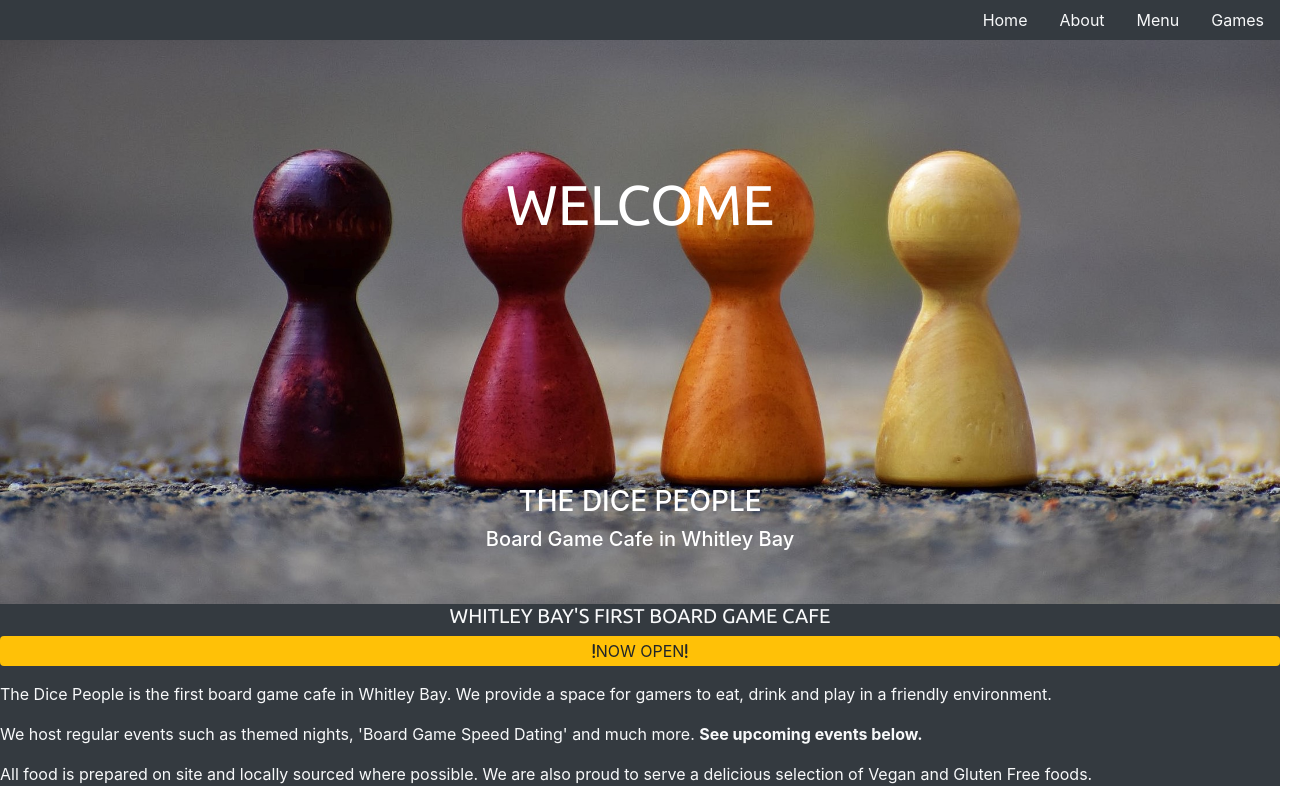
Repository: Code-Institute-Submissions/eleanorpro-milestoneproject1
Page: index.html
The author's editor kept a record of every edit. The page is drawn from the files as they stood at one moment, then again after the next edit.
The browser window is 1280 px wide. The page is 1295 px wide, so the pictures cover 1295 px, including what lies to the right of the window. The pictures show the whole page.
Some web libraries are served in a nearby version.

Above is the page before.

After the next edit:
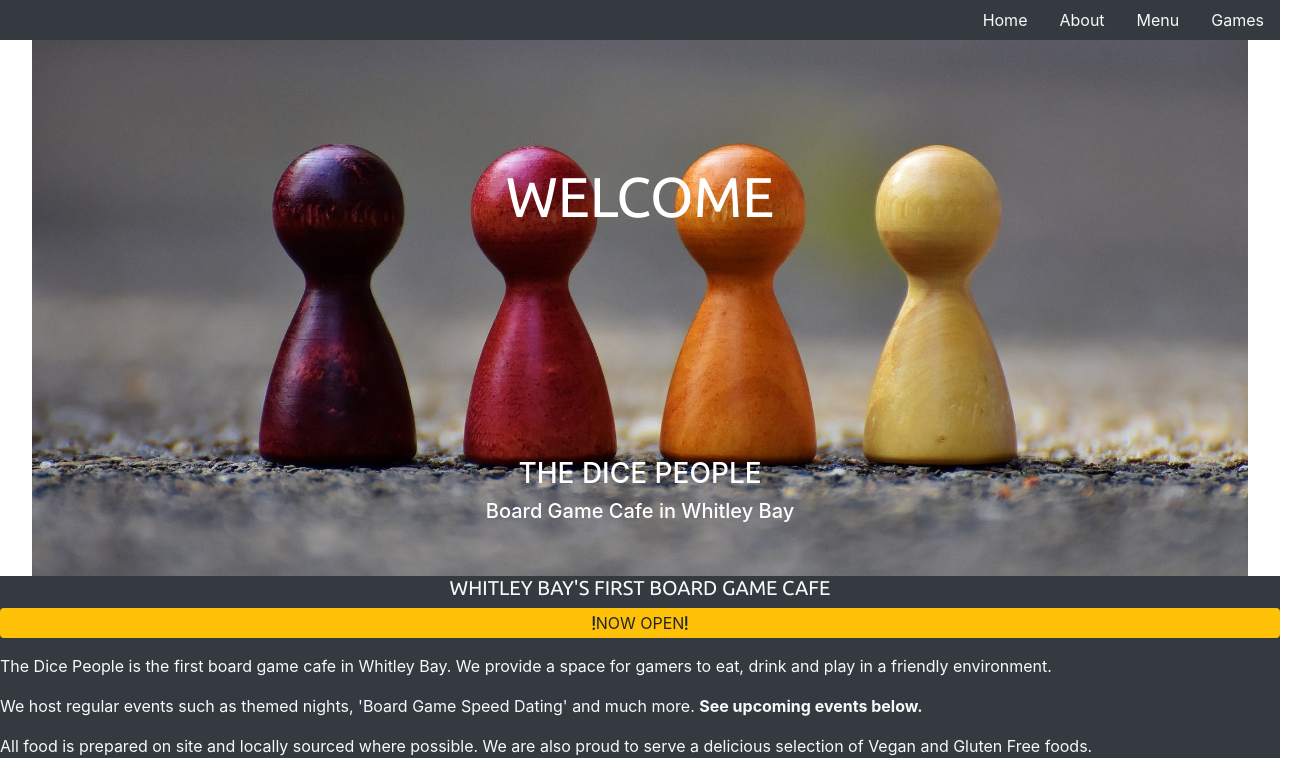
The edit:
--- a/css/style.css
+++ b/css/style.css
@@ -22,7 +22,8 @@
 /*--------------------------------------Main Image */
 
 .bg-image {
-    width: 100%;
+    width: 95%;
+    max-height: 75%;
 }
 
 
